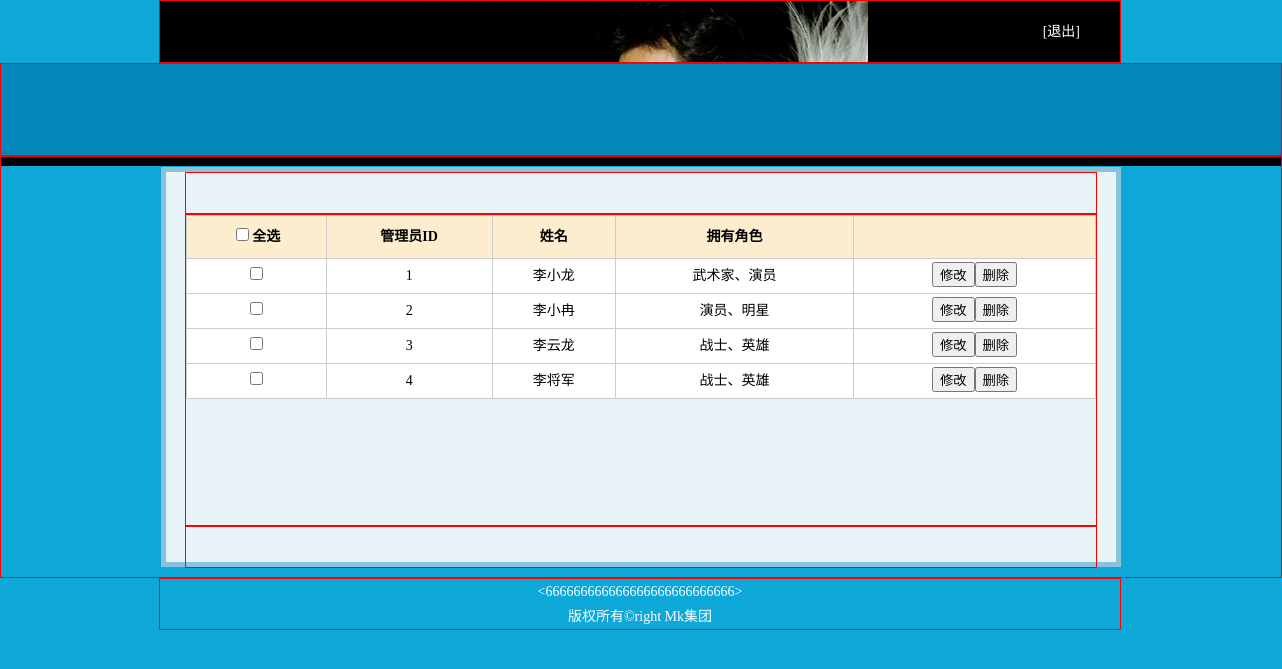
Repository: MasterKweng/workspace
Page: WebBasic/WebContent/Day02/demo6.html
These files come from the project's save history. The page is drawn as it stood at one moment and after the next save; the edit follows.
The browser window is 1280 px wide. The page is 1282 px wide, so the pictures cover 1282 px, including what lies to the right of the window. The pictures show the whole page.

Above is the page before, as saved 2018-01-04 08:13:26.

### WebBasic/WebContent/Day02/demo6.html
<!doctype html>
<html>
	<head>
		<title>管理员列表</title>
		<meta charset="utf-8"/>
		<style>
		/*设置页面整体布局*/
		/*body内外边距都是0*/
		body{
			background-color:#0EA8D8;
			padding:0;
			margin:0;
		}
		/*为了便于调试，设置出div边框，待完成时再去掉*/
		/*div统一设置为水平居中*/
		div {
			border:1px solid red;
			margin:0 auto;
		}
		/*分别设置各个div的宽高*/
		#logo{
			width:960px;
			height:61px;
		}
		#nav{
			width:100%;
			height:91px;
		}
		#main{
			width:100%;
			height:410px;
			padding:10px 0 0 0;
		}
		#copyright{
			width:960px;
			height:50px;
		}
		#content{
			width:950px;
			height:390px;
			border:5px solid #8ac1db;
		}
		#operate,#page{
			width:910px;
			height:40px;
		}
		#data{
			width:910px;
			height:310px;
		}
		/*设置背景色与背景图*/
		body{
			background-color:#0EA8D8;
			}
		#nav{
			background-color:#0488BB;
		}
		#content{
			background-color:#e8f3f8;
		}
		#logo{
			background-image:url(../img/leslie.jpg);
		}
		#main{
			background:url(../img/b.jpg) repeat-x top;
		}
		/*设置文本格式*/
		body{
			font-family:'微软雅黑';
			font-size:14px;
		}
		#logo,#copyright{
			color:#fff;
		}
		#logo a:link{
			color:#fff;

		}
		#logo a:visited{
			color:#fff;
		}
		#logo a{
			text-decoration:none;
			margin-right:40px;
			line-height:61px;
		}
		#logo{
			text-align:right;
		}
		#logo a:hover{
			font-weight:bold;
		}
		#copyright p{
			text-align:center;
			margin:0;
			line-height:25px;
		}
		/*设置表格的样式*/
		table{
			width:910px;
			border:1px solid blue;
			background-color:#fff;
			border-collapse:collapse;
		}
		table thead th{
			border:1px solid #ccc;
			height:40px;
			line-height:40px;
			background-color:#fbedce;
		}
		table tbody td {
			border:1px solid #ccc;
			height:32px;
			line-height:32px;
			text-align:center;
		}
		table tr:hover{
			background-color:#f7f9fd;
		}
		</style>
	</head>
	<body>
		<!-- logo区 -->
		<div id="logo">
		<a href="#">[退出]</a>
		</div>
		<!-- 导航区 -->
		<div id="nav"></div>
		<!-- 核心区 -->
		<div id="main">
			<!-- 内容区 -->
			<div id="content">
				<!-- 操作区 -->
				<div id="operate"></div>
				<!-- 数据区 -->
				<div id="data">
					<table>
					<thead>
					<tr><th><input type="checkbox" id="check_all"/><label for="check_all">全选</label></th>
					<th>管理员ID</th><th>姓名</th><th>拥有角色</th><th></th></tr>
					</thead>
					<tbody>
					<tr>
					<td><input type="checkbox" id="1"/></td>
					<td>1</td><td>李小龙</td><td>武术家、演员</td>
					<td><input type="button" value="修改" class="modify"/><input type="button" value="删除" class="delete"/></td>
					</tr>
					<tr><td><input type="checkbox" id="2"/></td>
					<td>2</td><td>李小冉</td><td>演员、明星</td>
					<td><input type="button" value="修改" class="modify"/><input type="button" value="删除" class="delete"/></td>
					</tr>
					<tr><td><input type="checkbox" id="3"/></td>
					<td>3</td><td>李云龙</td><td>战士、英雄</td>
					<td><input type="button" value="修改" class="modify"/><input type="button" value="删除" class="delete"/></td>
					</tr>
					<tr><td><input type="checkbox" id="4"/></td>
					<td>4</td><td>李将军</td><td>战士、英雄</td>
					<td><input type="button" value="修改" class="modify"/><input type="button" value="删除" class="delete"/></td>
					</tr>
					</tbody>
					</table>
				</div>
				<!-- 分页区 -->
				<div id="page"></div>
			</div>
		</div>
		<!-- 版权区 -->
		<div id="copyright">
		<p>
		<666666666666666666666666666>
		</p>
		<p>
		版权所有&copyright Mk集团
		</p>
		</div>
	</body>
</html>

After the next save:
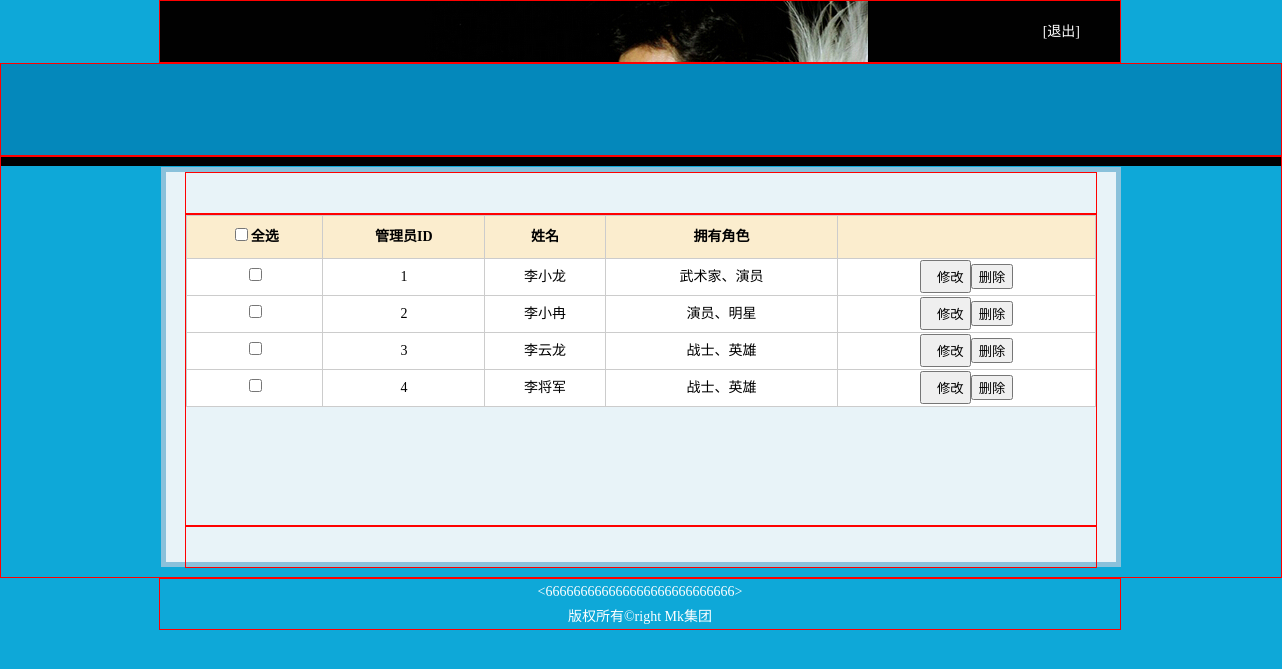
Saved 23 min 22 s later.
--- a/WebBasic/WebContent/Day02/demo6.html
+++ b/WebBasic/WebContent/Day02/demo6.html
@@ -117,6 +117,9 @@
 		table tr:hover{
 			background-color:#f7f9fd;
 		}
+		.modify{
+			padding:5px 5px 5px 15px;
+		}
 		</style>
 	</head>
 	<body>
